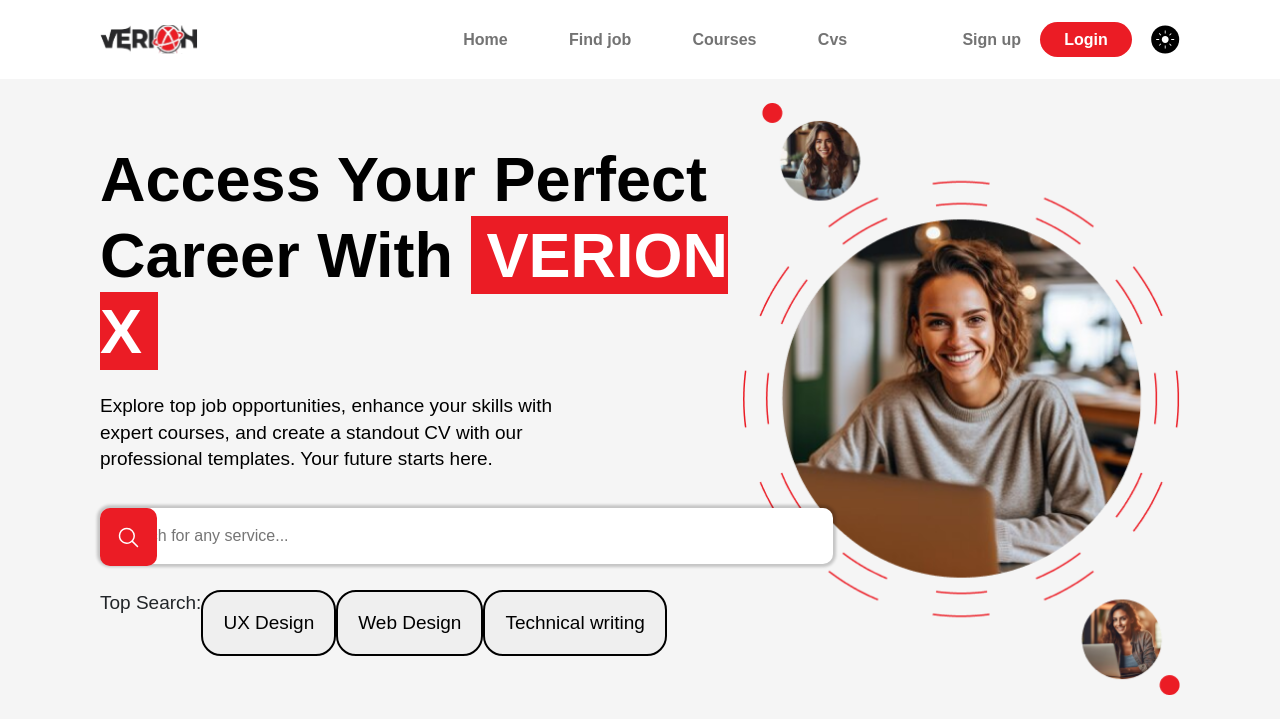
Repository: SahMenz/verionX
Page: /
An editor plug-in stored every save of this project. The page is shown before and after the next save, followed by the edit.
The browser window is 1280 px wide. The pictures show the whole page.
The project was rebuilt for these pictures with package versions that can differ from the ones it lists, and the page was loaded fresh each time. Also part of the build but not shown: vite.config.js.

Above is the page before, as saved 2024-06-14 15:52:27.

After the next save:
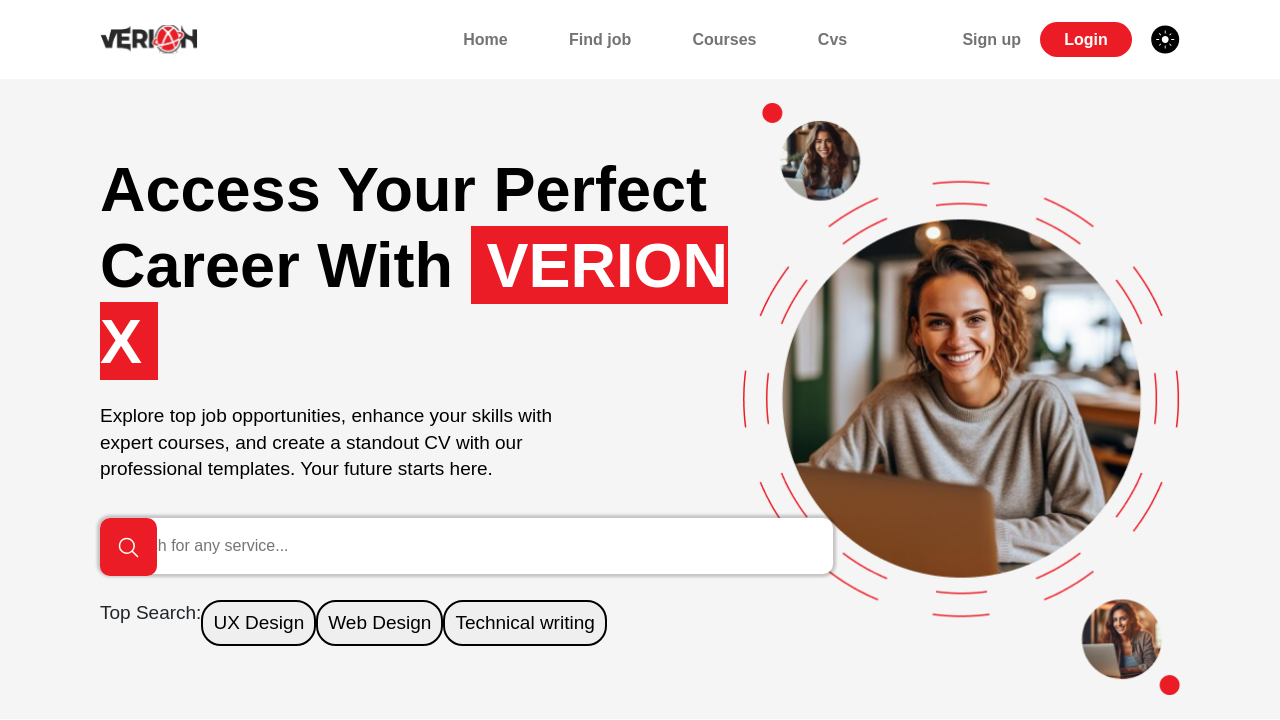
Saved 10 s later.
--- a/src/components/home/hero/hero.jsx
+++ b/src/components/home/hero/hero.jsx
@@ -16,9 +16,9 @@ function Hero() {
             <div className='d-flex' >
                 <div className='txt-19 lh-26 txt-500'>Top Search:</div>
                 <div className='d-flex'>
-                    <button style={{borderRadius:"20px",border: "2px solid black", padding:"20px"}}><div className='txt-19 lh-22 txt-500'>UX Design</div></button>
-                    <button style={{borderRadius:"20px",border: "2px solid black", padding:"20px"}}><div className='txt-19 lh-22 txt-500'>Web Design</div></button>
-                    <button style={{borderRadius:"20px",border: "2px solid black", padding:"20px"}}><div className='txt-19 lh-22 txt-500'>Technical writing</div></button>
+                    <button style={{borderRadius:"20px",border: "2px solid black", padding:"10px"}}><div className='txt-19 lh-22 txt-500'>UX Design</div></button>
+                    <button style={{borderRadius:"20px",border: "2px solid black", padding:"10px"}}><div className='txt-19 lh-22 txt-500'>Web Design</div></button>
+                    <button style={{borderRadius:"20px",border: "2px solid black", padding:"10px"}}><div className='txt-19 lh-22 txt-500'>Technical writing</div></button>
                 </div>
             </div>
         </div>
